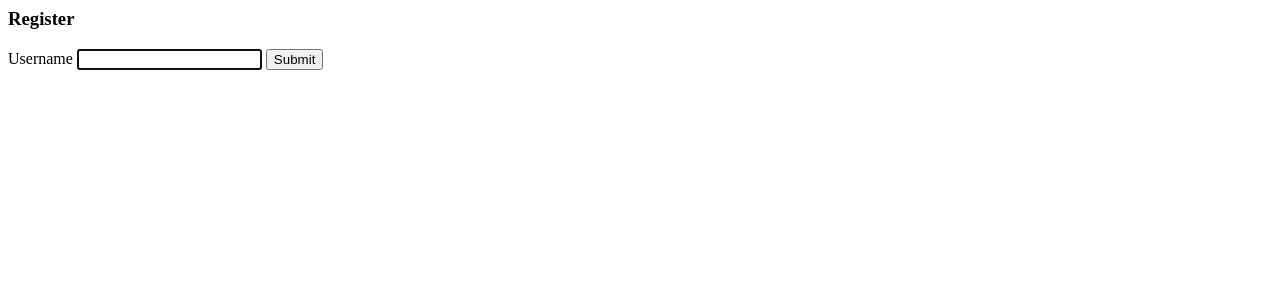
Repository: rohollah-naghipour/Login-form
Page: http://localhost/register/
These files come from the project's save history. The page is drawn as it stood at one moment and after the next save; the edit follows.
The browser window is 1280 px wide. The pictures show the whole page.
The page is served by the project's application, run on Django 5.2 (manage.py).

Above is the page before, as saved 2024-12-04 17:30:10.

After the next save:
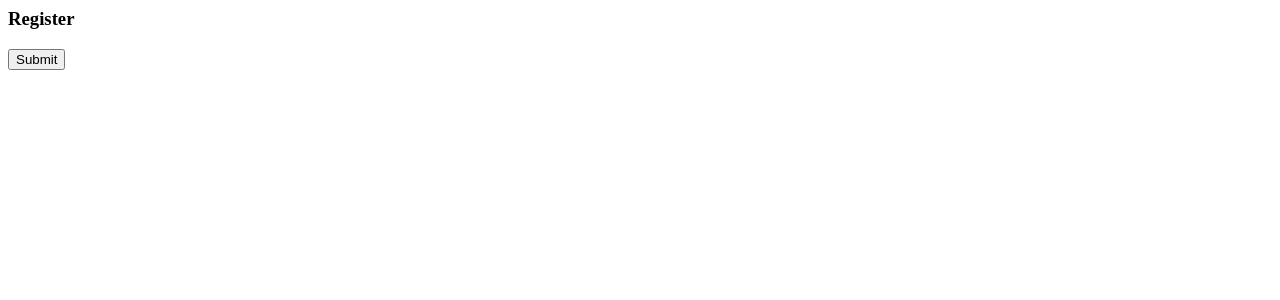
Saved 103 s later.
--- a/users/templates/register.html
+++ b/users/templates/register.html
@@ -4,10 +4,11 @@
 
 <form method="POST" action="">
     {% csrf_token %}
-    {{form.username.label}}
-    {{form.username}}
+
+
     {{form.email.label}}
     {{form.email}}
+
     {{form.password.label}}
     {{form.password}}
 
